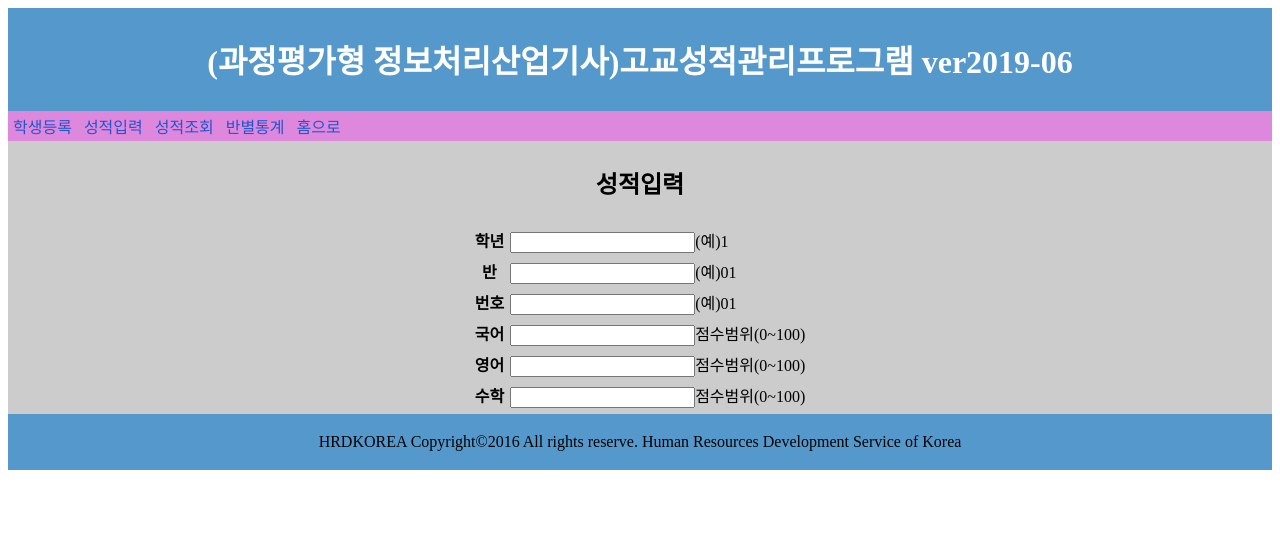
Repository: bolbbal/jdbc
Page: http://localhost/cbq_99/sub2.jsp
These files come from the project's save history. The page is drawn as it stood at one moment and after the next save; the edit follows.
The browser window is 1280 px wide. The pictures show the whole page.
The page is served by Tomcat 9. Other server files are loaded and not shown.

Above is the page before, as saved 2024-08-26 06:44:11.

### javastudy18/jspStudy/cbq_99/cbq_99/WebContent/sub2.jsp
<%@ page language="java" contentType="text/html; charset=UTF-8"
	pageEncoding="UTF-8"%>
<%@ page import="Model.*"%>
<%@ page import="java.sql.*"%>
<%@ page import="java.util.*"%>
<%@ page import="java.text.*"%>
<!DOCTYPE html>
<html>
<head>
<meta charset="UTF-8">
<title>고교성적관리</title>
<style>
header {
	background: #59c;
	padding: 1px;
}

h1 {
	color: #fff;
	text-align: center;
	padding: 6px
}

nav {
	background: #D8D;
	padding: 1px
}

a {
	text-decoration: none;
	color: #25C;
	display: inline-block;
	padding: 2px 4px;
}

section {
	padding: 1px;
	background: #CCC;
}

h2 {
	text-align: center;
	padding: 3px;
}

footer {
	background: #59c;
	padding: 1px;
}

footer p {
	text-align: center;
	padding: 2px;
}

table, th, td {
	border: 1px solid #ccc;
}

table {
	margin: 0 auto;
}
</style>
<script type="text/javascript">
	function check() {
		if (my.syear.value == "") {
			alert("학년정보가 입력되지 않았습니다!");
			my.syear.focus();
			return false;
		}
		if (my.sclass.value == "") {
			alert("반정보가 입력되지 않았습니다!");
			my.sclass.focus();
			return false;
		}
		if (my.sno.value == "") {
			alert("번호정보가 입력되지 않았습니다!");
			my.sno.focus();
			return false;
		}
		if (my.kor.value == "") {
			alert("국어성적이 입력되지 않았습니다!");
			my.kor.focus();
			return false;
		}
		if (my.eng.value == "") {
			alert("영어성적이 입력되지 않았습니다!");
			my.eng.focus();
			return false;
		}
		if (my.mat.value == "") {
			alert("수학성적이 입력되지 않았습니다!");
			my.mat.focus();
			return false;
		}
		return true;

	}
</script>
</head>
<body>
	<header>
		<h1>(과정평가형 정보처리산업기사)고교성적관리프로그램 ver2019-06</h1>
	</header>
	<nav>
		<a href="sub1.jsp">학생등록</a> <a href="sub2.jsp">성적입력</a> <a
			href="sub3.jsp">성적조회</a> <a href="sub4.jsp">반별통계</a> <a
			href="index.jsp">홈으로</a>
	</nav>
	<section>
		<h2>성적입력</h2>
		<form name="my" method="post" action="sub2pro.jsp"
			onsubmit="return check()">
			<table>
				<tr>
					<th>학년</th>
					<td><input type="text" name="syear">(예)1</td>
				</tr>
				<tr>
					<th>반</th>
					<td><input type="text" name="sclass">(예)01</td>
				</tr>
				<tr>
					<th>번호</th>
					<td><input type="text" name="sno">(예)01</td>
				</tr>
				<tr>
					<th>국어</th>
					<td><input type="text" name="kor">점수범위(0~100)</td>
				</tr>
				<tr>
					<th>영어</th>
					<td><input type="text" name="eng">점수범위(0~100)</td>
				</tr>
				<tr>
					<th>수학</th>
					<td><input type="text" name="eng">점수범위(0~100)</td>
				</tr>
			</table>
		</form>
	</section>
	<footer>
		<p>HRDKOREA Copyright&copy;2016 All rights reserve. Human
			Resources Development Service of Korea</p>
	</footer>
</body>
</html>

After the next save:
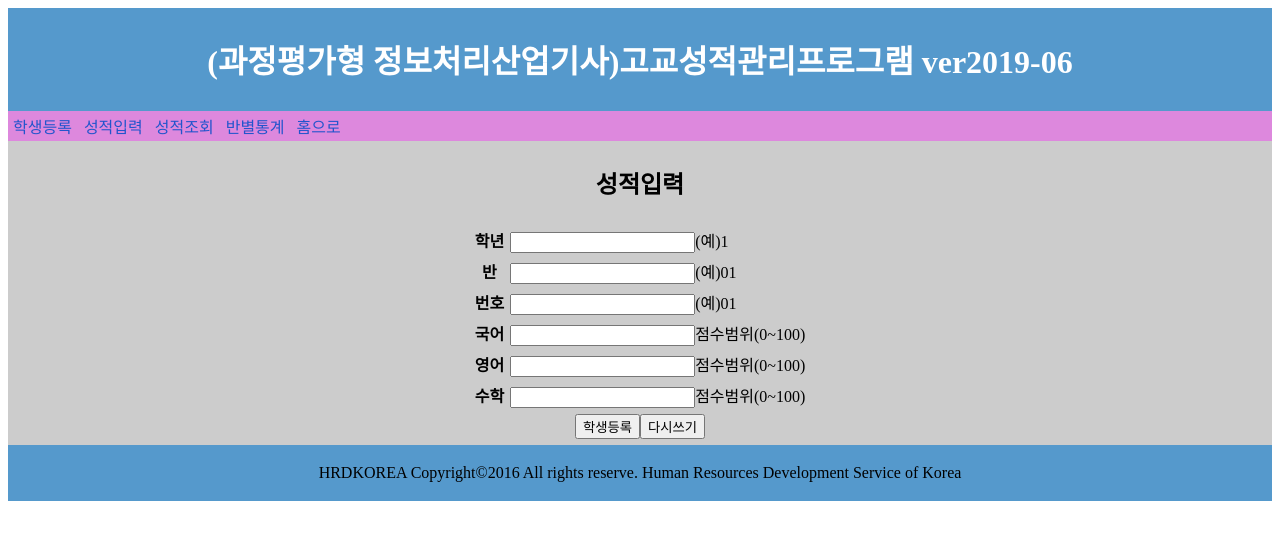
Saved 43 s later.
--- a/javastudy18/jspStudy/cbq_99/cbq_99/WebContent/sub2.jsp
+++ b/javastudy18/jspStudy/cbq_99/cbq_99/WebContent/sub2.jsp
@@ -136,6 +136,11 @@
 					<th>수학</th>
 					<td><input type="text" name="eng">점수범위(0~100)</td>
 				</tr>
+				<tr>
+					<td colspan="2" style="text-align: center;"><input
+						type="submit" value="학생등록"><input type="reset"
+						value="다시쓰기"></td>
+				</tr>
 			</table>
 		</form>
 	</section>
